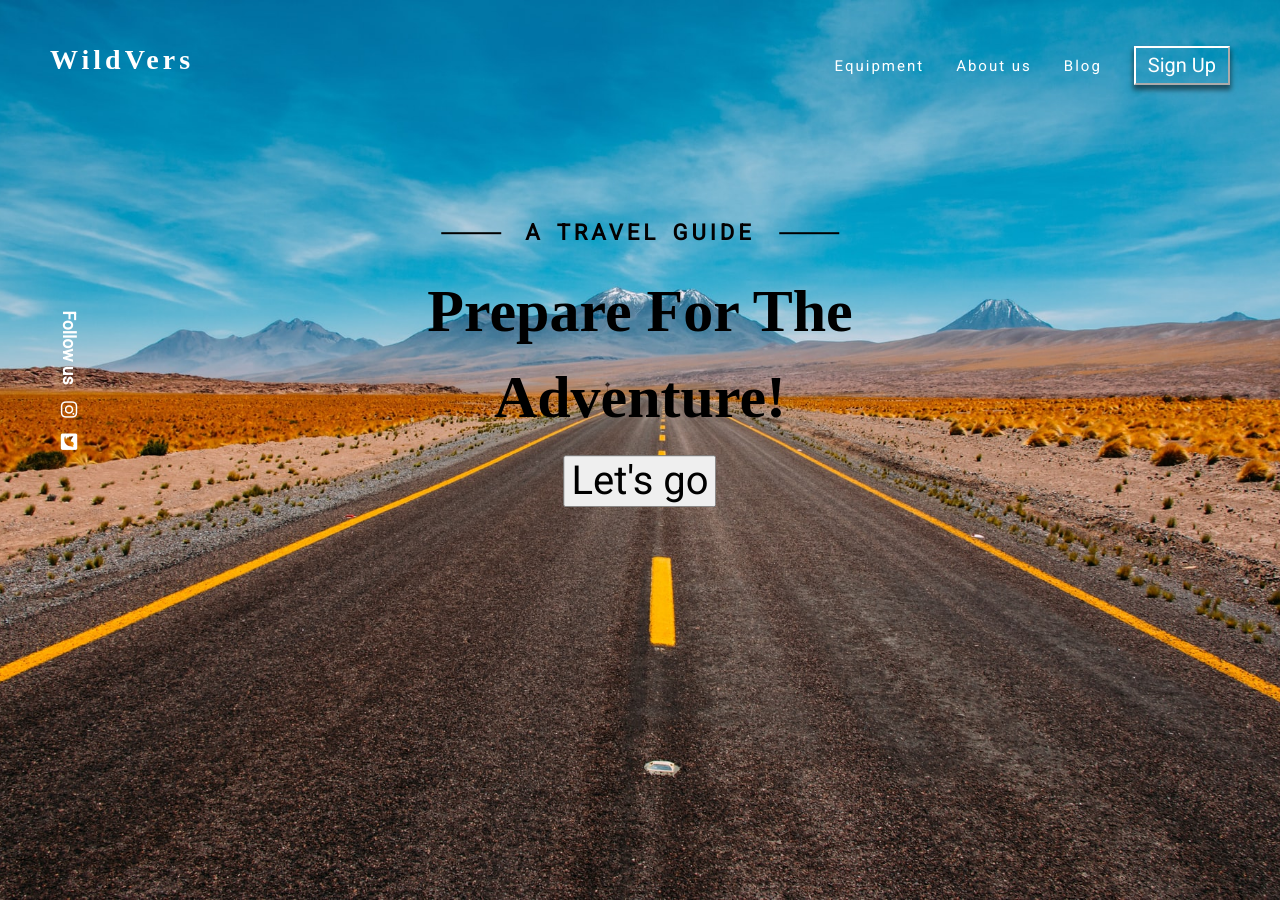
Repository: Hunga9k50doker/wildver-travel
Page: src/index.html
The author's editor kept a copy of each file at every save. The page is drawn from the files as they stood at one save, then again after a run of saves.
The browser window is 1280 px wide. The pictures show the whole page.
Some web fonts or font styles are not loaded; a fallback is used. The style sheet was rebuilt from its Sass, Less or Tailwind sources for each picture, by a compiler version that may differ from the author's.

Above is the page before, as saved 2021-08-26 00:32:18.

After the next 2 saves:
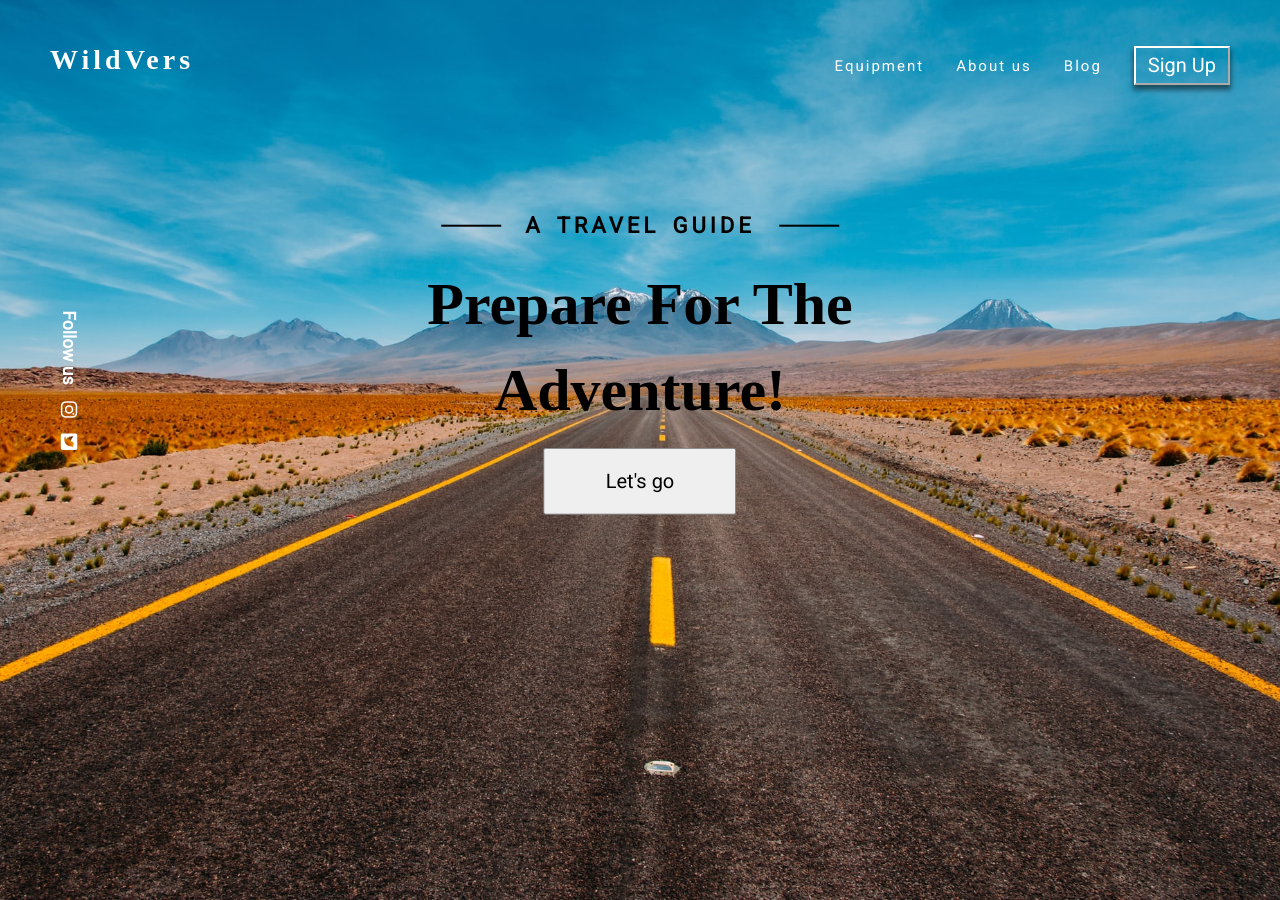
The 2 saves are shown as one change because they came seconds apart.
The last was saved 48 s later.
--- a/src/resources/scss/header.scss
+++ b/src/resources/scss/header.scss
@@ -147,7 +147,7 @@
                 }
             }
             button{
-                font-size: 4rem;
+               padding:2rem 6rem;
             }
         }
     }
